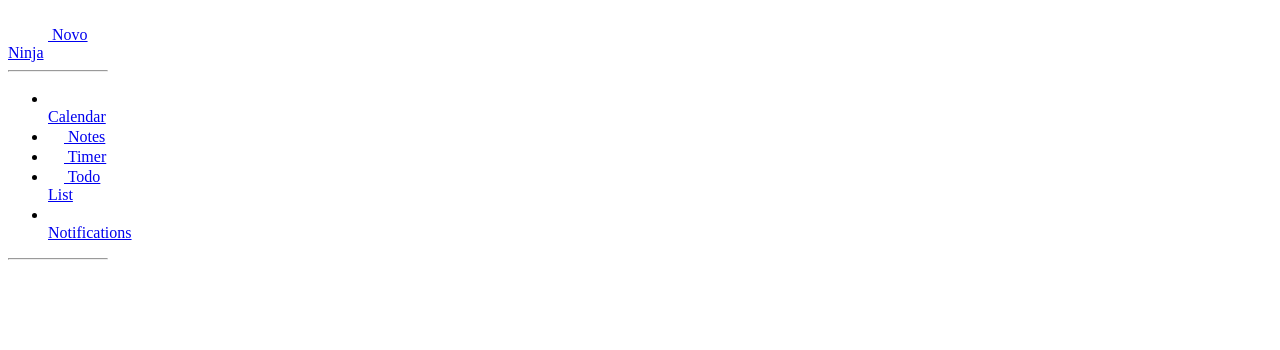
Repository: marios-petrov/NuPath
Page: softwareengineering1/softwareengineering1/templates/navbar.html
The author's editor kept a copy of each file at every save. The page is drawn from the files as they stood at one save, then again after the next save.
The browser window is 1280 px wide. The pictures show the whole page.

Above is the page before, as saved 2024-02-21 22:59:46.

After the next save:
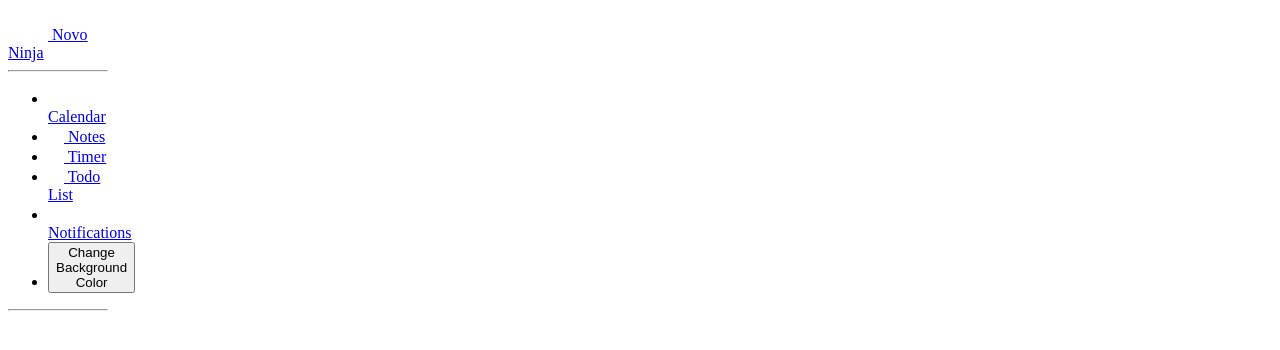
Saved 42 min 46 s later.
--- a/softwareengineering1/softwareengineering1/templates/navbar.html
+++ b/softwareengineering1/softwareengineering1/templates/navbar.html
@@ -35,6 +35,8 @@
         Notifications
       </a>
     </li>
+    <li>
+      <button id="changeColorButton">Change Background Color</button>
   </ul>
   <hr>
 </div>
